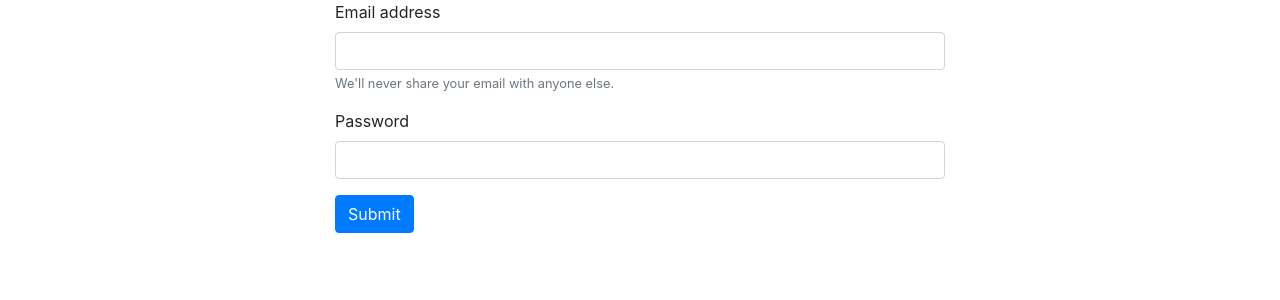
Repository: Pedaxx-IT-solution/E-Waiter-Stuff-
Page: http://localhost/E-Waiter/pages/signup.jsp
An editor plug-in stored every save of this project. The page is shown before and after the next save, followed by the edit.
The browser window is 1280 px wide. The pictures show the whole page.
The page is served by Tomcat 9. Other server files are loaded and not shown.

Above is the page before, as saved 2020-01-23 08:32:24.

### E-Waiter/src/main/webapp/pages/signup.jsp
<%@ page language="java" contentType="text/html; charset=ISO-8859-1"
	pageEncoding="ISO-8859-1"%>
<!DOCTYPE html>
<html>
<head>
<meta charset="ISO-8859-1">
<title>Insert title here</title>
<link rel="stylesheet"
	href="https://stackpath.bootstrapcdn.com/bootstrap/4.4.1/css/bootstrap.min.css"
	integrity="sha384-Vkoo8x4CGsO3+Hhxv8T/Q5PaXtkKtu6ug5TOeNV6gBiFeWPGFN9MuhOf23Q9Ifjh"
	crossorigin="anonymous">



</head>


<body>
	<div class="container-fluid">
		<div class="row">
			<div class="col-3"></div>
			<div class="col-6">

				<form>
					<div class="form-group">
						<label for="exampleInputEmail1">Email address</label> <input
							type="email" class="form-control" id="exampleInputEmail1"
							aria-describedby="emailHelp"> <small id="emailHelp"
							class="form-text text-muted">We'll never share your email
							with anyone else.</small>
					</div>
					<div class="form-group">
						<label for="exampleInputPassword1">Password</label> <input
							type="password" class="form-control" id="exampleInputPassword1">
					</div>

					<button type="submit" class="btn btn-primary">Submit</button>
				</form>













			</div>
			<div class="col-3"></div>
		</div>



	</div>


</body>
</html>

After the next save:
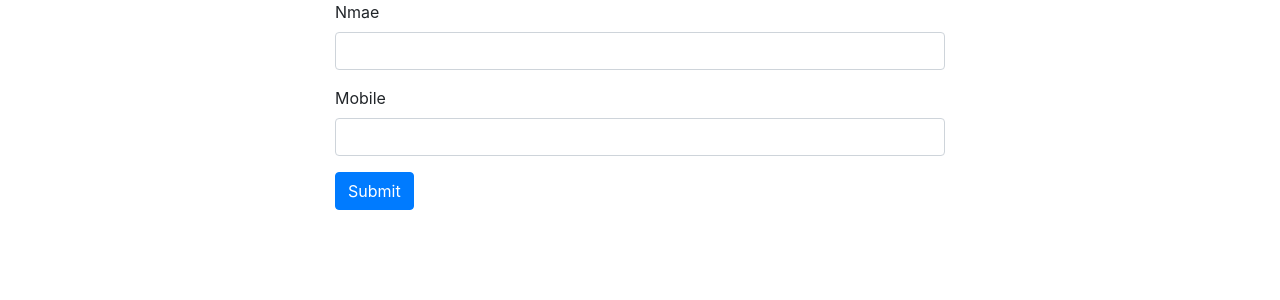
Saved 51 s later.
--- a/E-Waiter/src/main/webapp/pages/signup.jsp
+++ b/E-Waiter/src/main/webapp/pages/signup.jsp
@@ -23,15 +23,12 @@
 
 				<form>
 					<div class="form-group">
-						<label for="exampleInputEmail1">Email address</label> <input
-							type="email" class="form-control" id="exampleInputEmail1"
-							aria-describedby="emailHelp"> <small id="emailHelp"
-							class="form-text text-muted">We'll never share your email
-							with anyone else.</small>
+						<label for="exampleInputPassword1">Nmae</label> <input
+							type="text" class="form-control" id="exampleInputPassword1">
 					</div>
 					<div class="form-group">
-						<label for="exampleInputPassword1">Password</label> <input
-							type="password" class="form-control" id="exampleInputPassword1">
+						<label for="exampleInputPassword1">Mobile</label> <input
+							type="number" class="form-control" id="exampleInputPassword1">
 					</div>
 
 					<button type="submit" class="btn btn-primary">Submit</button>
